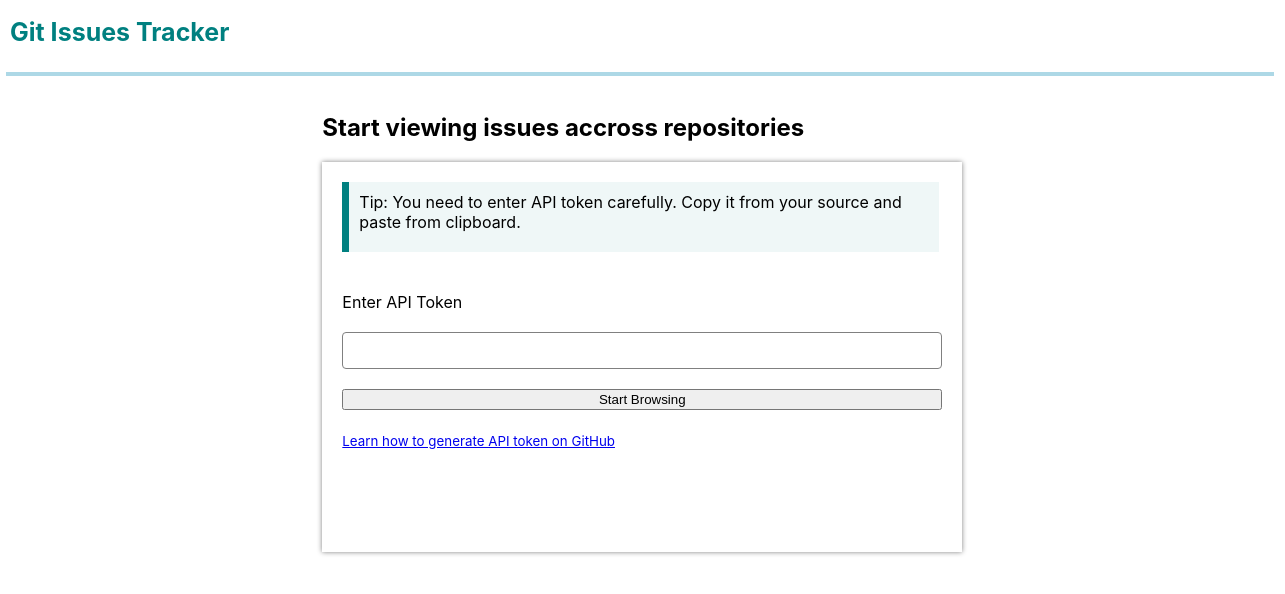
Repository: duzzisantos/github-repos-react-graphql
Page: /start
The author's editor kept a copy of each file at every save. The page is drawn from the files as they stood at one save, then again after the next save.
The browser window is 1280 px wide. The page is 1285 px wide, so the pictures cover 1285 px, including what lies to the right of the window. The pictures show the whole page.
The project was rebuilt for these pictures with package versions that can differ from the ones it lists, and the page was loaded fresh each time. Also part of the build but not shown: src/App.css, src/components/table/Filters.tsx, src/components/table/Pagination.tsx, src/components/table/TableComponent.tsx, src/components/table/columnHelpers.ts, src/utilities/funtions.ts, src/pages/Repositories.tsx, src/components/cards/Cards.tsx and 1 more.

Above is the page before, as saved 2024-06-17 17:48:08.

After the next save:
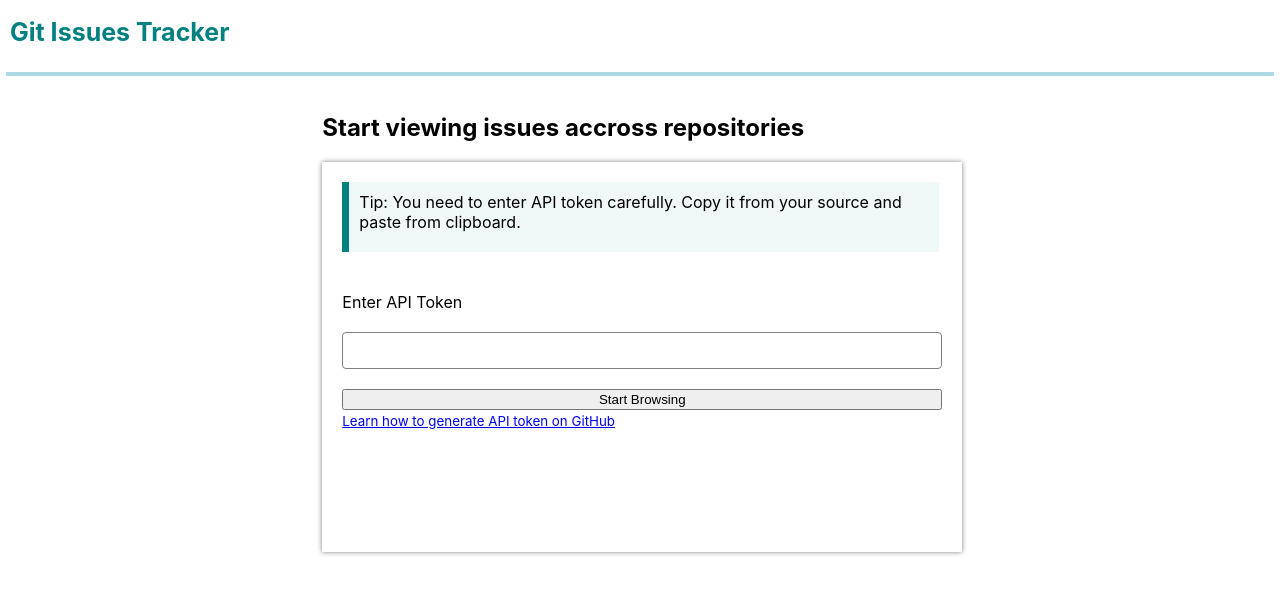
Saved 43 s later.
--- a/src/App.scss
+++ b/src/App.scss
@@ -45,13 +45,12 @@
   background-color: rgb(239, 247, 247);
 }
 
-label,
-input,
-.primary-btn {
+label {
   margin-bottom: 20px;
 }
 
 input {
+  @extend label;
   padding: 10px;
   border: 1px solid gray;
   border-radius: 4px;

After the save that followed:
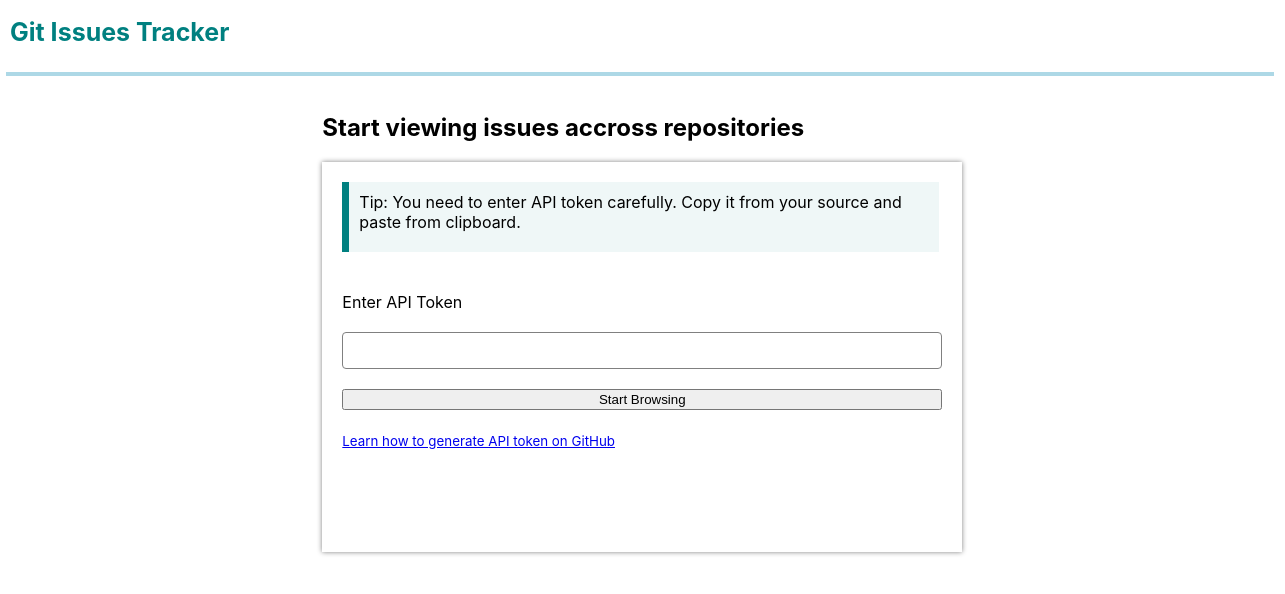
Saved 28 s later.
--- a/src/App.scss
+++ b/src/App.scss
@@ -55,3 +55,7 @@
   border: 1px solid gray;
   border-radius: 4px;
 }
+
+.primary-btn {
+  @extend label;
+}
